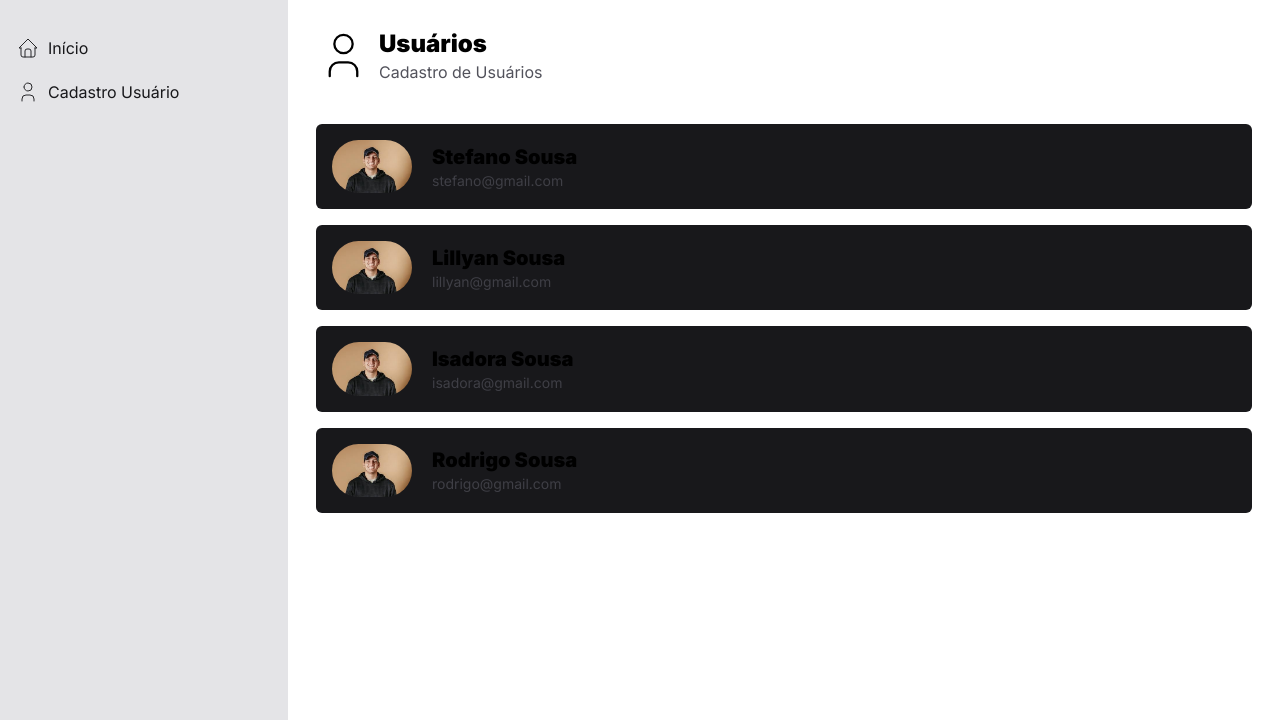
Repository: stefanosousaa/app-bd
Page: /usuarios
These files come from the project's save history. The page is drawn as it stood at one moment and after the next save; the edit follows.
The browser window is 1280 px wide. The pictures show the whole page.
The project was rebuilt for these pictures with package versions that can differ from the ones it lists, and the page was loaded fresh each time. The framework's server and built-in components were replaced by stand-ins that run in the browser. Also part of the build but not shown: next.config.mjs.

Above is the page before, as saved 2024-05-26 00:05:02.

After the next save:
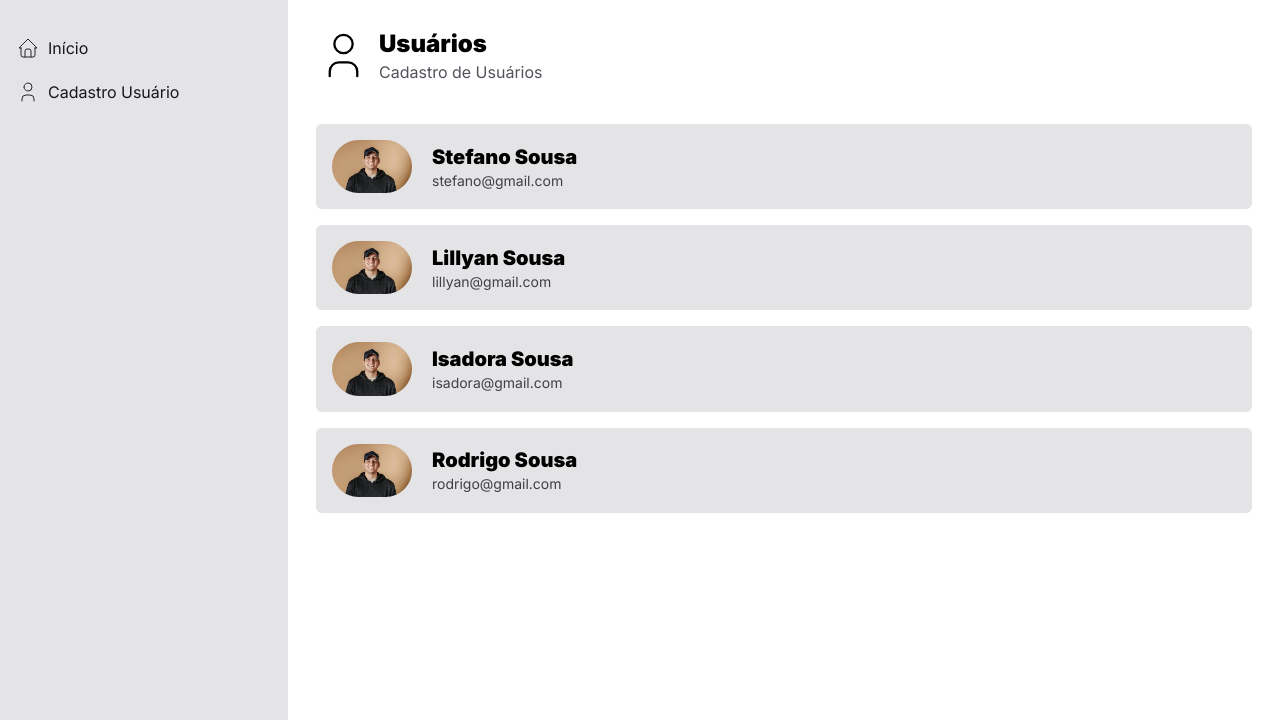
Saved 2 min 20 s later.
--- a/src/app/components/usuario/LinhaUsuario.tsx
+++ b/src/app/components/usuario/LinhaUsuario.tsx
@@ -7,7 +7,7 @@ export interface LinhaUsuarioProps {
 
 export default function LinhaUsuario(props: LinhaUsuarioProps){
     return(
-        <div className="flex bg-zinc-900 items-center gap-5 p-4 bg-zinc-200 rounded-md">
+        <div className="flex items-center gap-5 p-4 bg-zinc-200 rounded-md">
             <Image
             src="data:[embedded picture, 6063 characters]"
             width={80}
